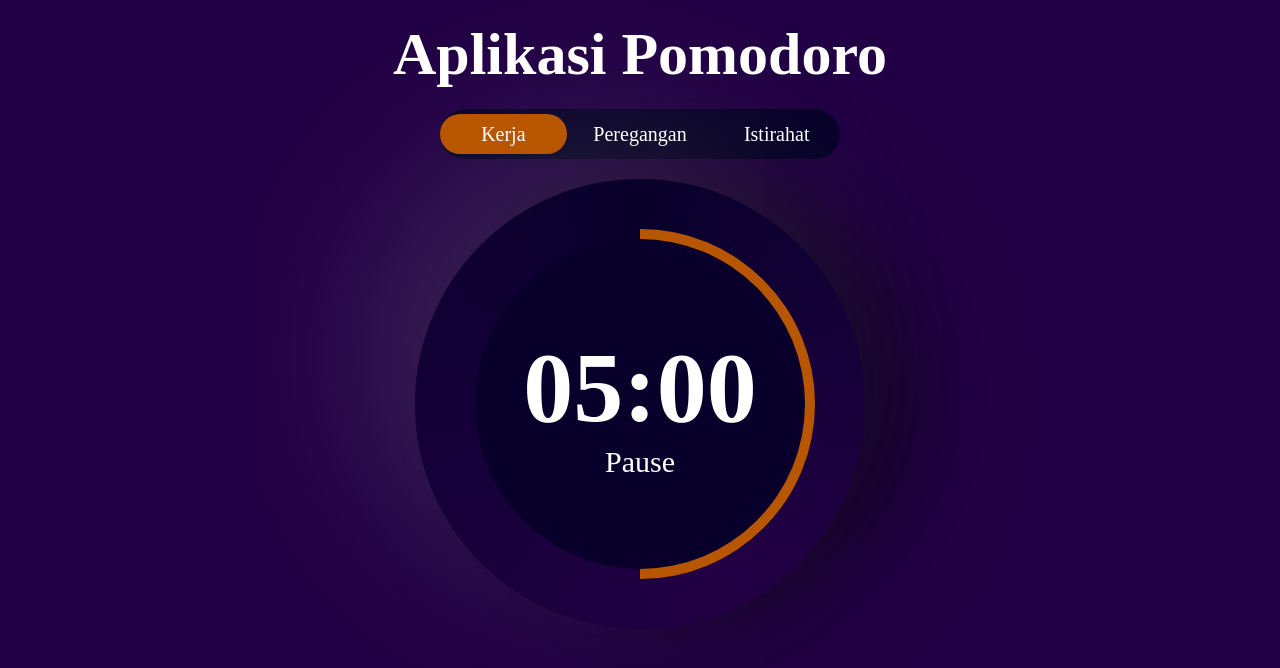
Repository: sellayspy/aplikasiPomodoro
Page: /
These files come from the project's save history. The page is drawn as it stood at one moment and after the next save; the edit follows.
The browser window is 1280 px wide. The pictures show the whole page.
The project was rebuilt for these pictures with package versions that can differ from the ones it lists, and the page was loaded fresh each time. Also part of the build but not shown: vite.config.js.

Above is the page before, as saved 2024-11-25 14:24:55.

After the next save:
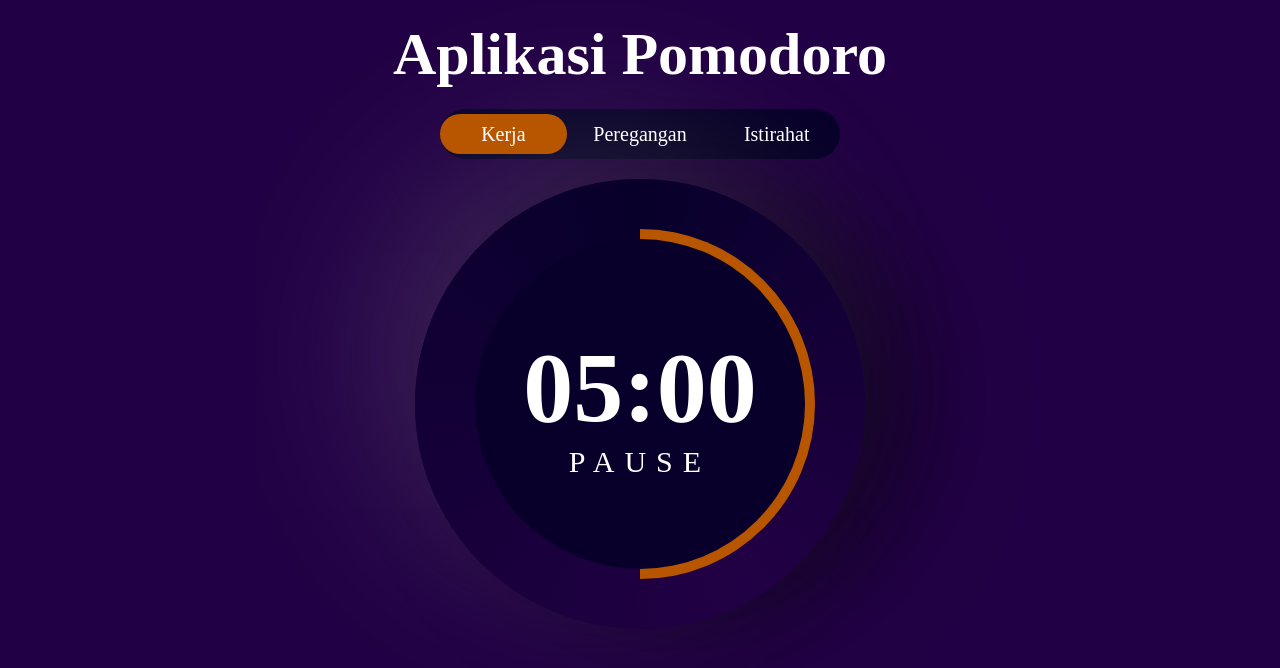
Saved 44 s later.
--- a/src/components/Waktu.jsx
+++ b/src/components/Waktu.jsx
@@ -23,4 +23,6 @@ const StartPauseButton = styled.button`
   all: unset;
   text-align: center;
   font-size: 3rem;
+  text-transform: uppercase;
+  letter-spacing: 1rem;
 `;
